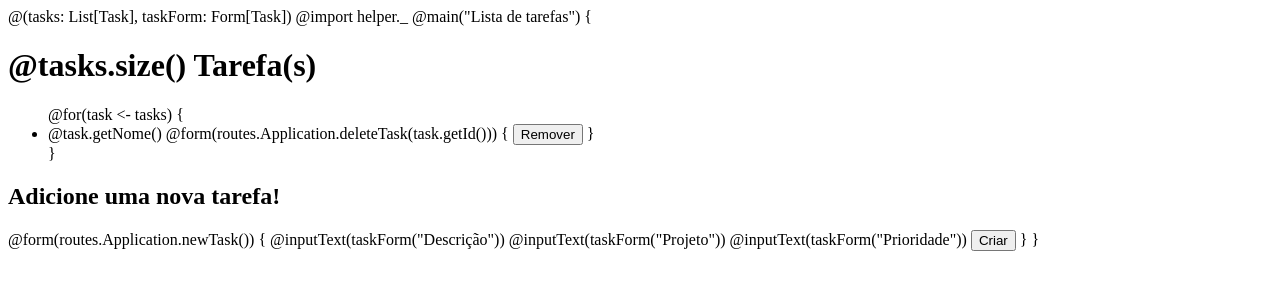
Repository: lcavalcante/si1
Page: lab2/.target/views/index.scala.html
An editor plug-in stored every save of this project. The page is shown before and after the next save, followed by the edit.
The browser window is 1280 px wide. The pictures show the whole page.

Above is the page before, as saved 2013-11-27 00:01:51.

### lab2/.target/views/index.scala.html
@(tasks: List[Task], taskForm: Form[Task])

@import helper._

@main("Lista de tarefas") {

    <h1>@tasks.size() Tarefa(s)</h1>

    <ul>
        @for(task <- tasks) {
            <li>
                @task.getNome()

                @form(routes.Application.deleteTask(task.getId())) {
                    <input type="submit" value="Remover">
                }
            </li>
        }
    </ul>

    <h2>Adicione uma nova tarefa!</h2>

    @form(routes.Application.newTask()) {

        @inputText(taskForm("Descrição"))
        @inputText(taskForm("Projeto"))
        @inputText(taskForm("Prioridade"))

        <input type="submit" value="Criar">

    }

}

After the next save:
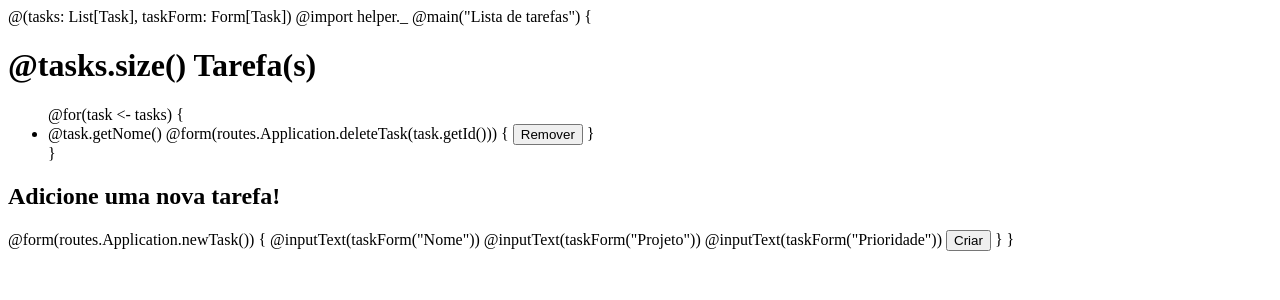
Saved 17 s later.
--- a/lab2/.target/views/index.scala.html
+++ b/lab2/.target/views/index.scala.html
@@ -22,7 +22,7 @@
 
     @form(routes.Application.newTask()) {
 
-        @inputText(taskForm("Descrição"))
+        @inputText(taskForm("Nome"))
         @inputText(taskForm("Projeto"))
         @inputText(taskForm("Prioridade"))
 
